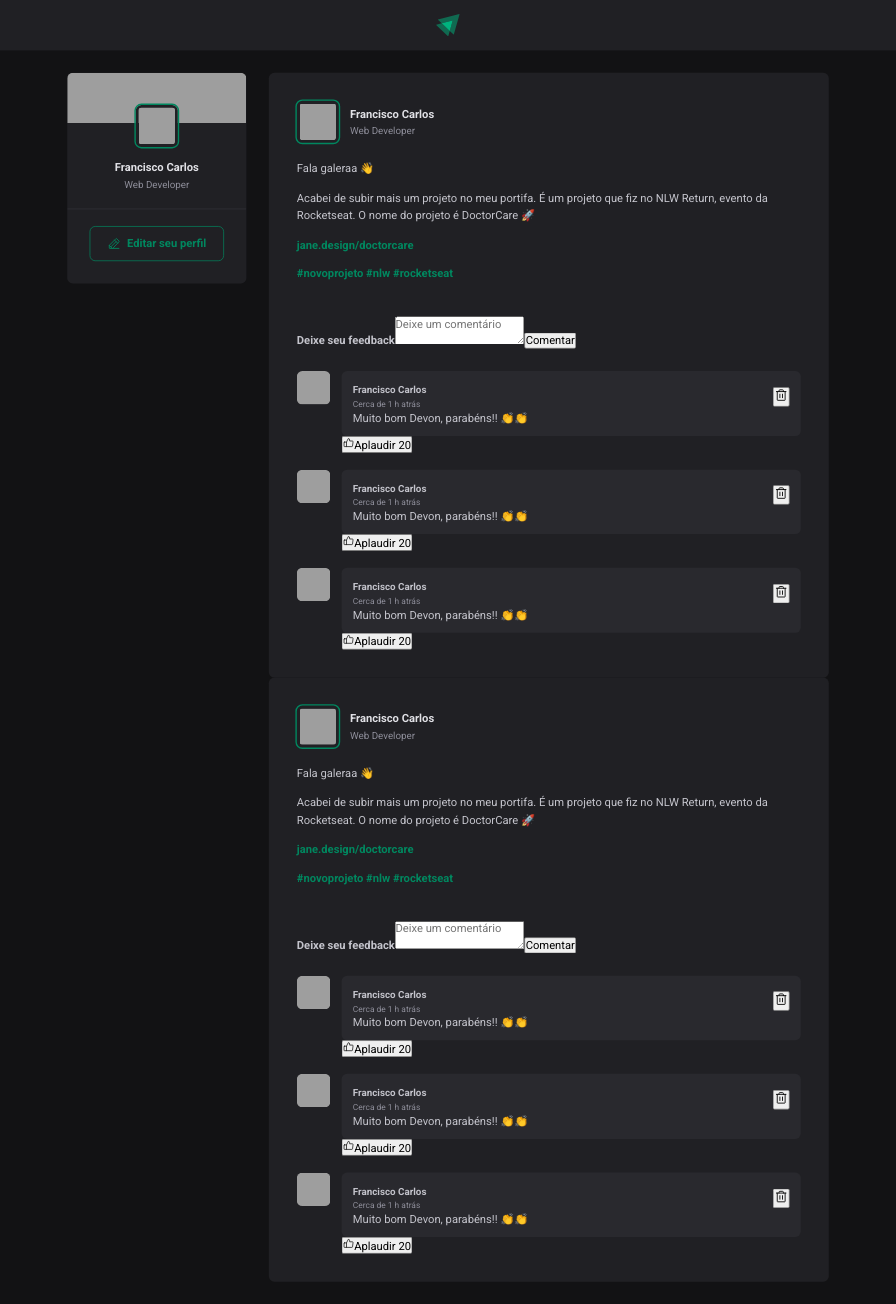
Repository: ch1coon/AulasRocketseat
Page: / (app in Ignite/aulas/01-fundamentos-reactjs/)
The author's editor kept a copy of each file at every save. The page is drawn from the files as they stood at one save, then again after the next save.
The browser window is 1280 px wide. The pictures show the whole page, at 70% of full size.
Pictures or frames that could not be fetched are drawn as grey boxes. The project was rebuilt for these pictures with package versions that can differ from the ones it lists, and the page was loaded fresh each time. Also part of the build but not shown: Ignite/aulas/01-fundamentos-reactjs/vite.config.js.

Above is the page before, as saved 2023-08-12 08:37:34.

After the next save:
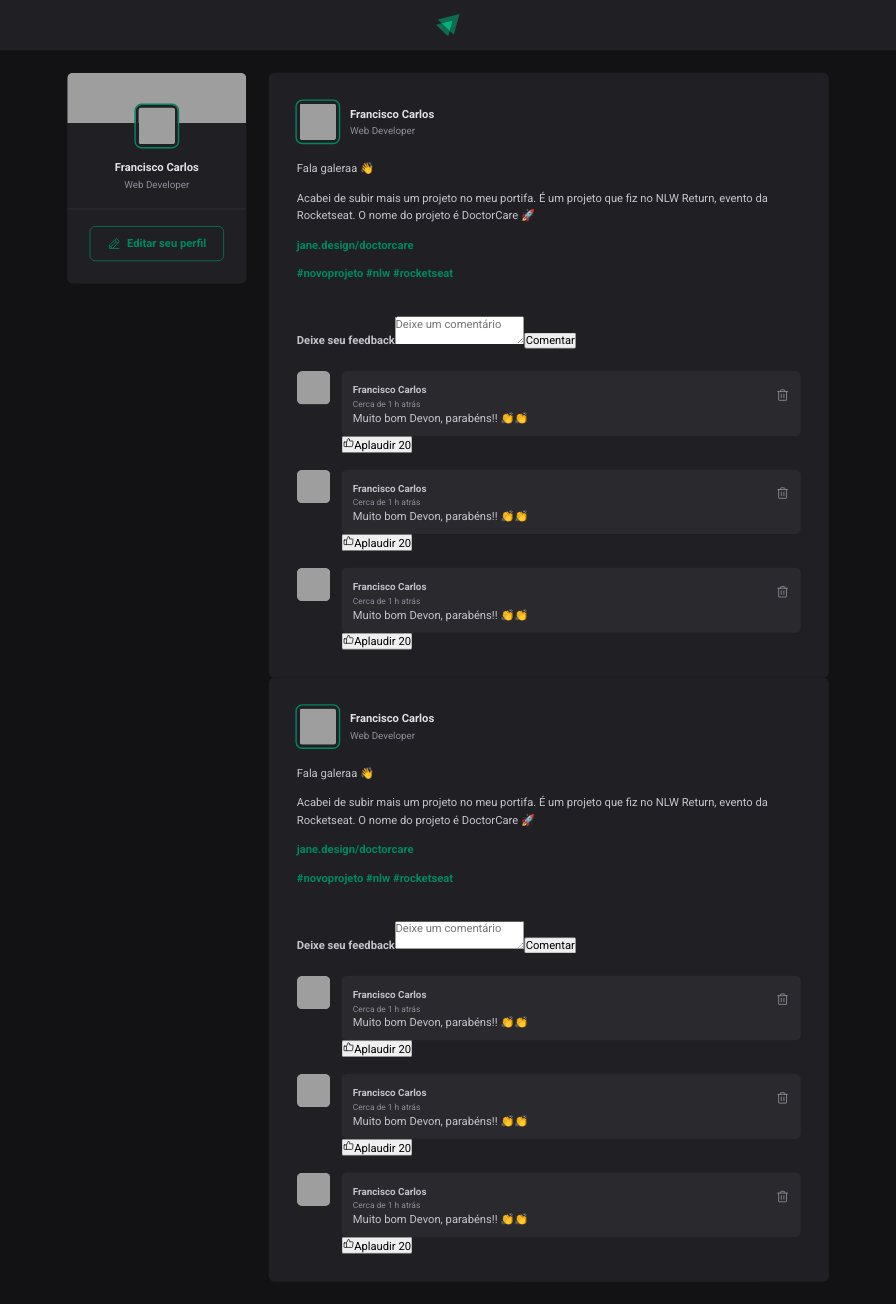
Saved 56 s later.
--- a/Ignite/aulas/01-fundamentos-reactjs/src/components/Comment.module.css
+++ b/Ignite/aulas/01-fundamentos-reactjs/src/components/Comment.module.css
@@ -38,3 +38,9 @@
   line-height: 1.6;
   color: var(--gray-400);
 }
+
+.commentContent header button {
+  background: transparent;
+  border: 0;
+  color: var(--gray-400);
+}
